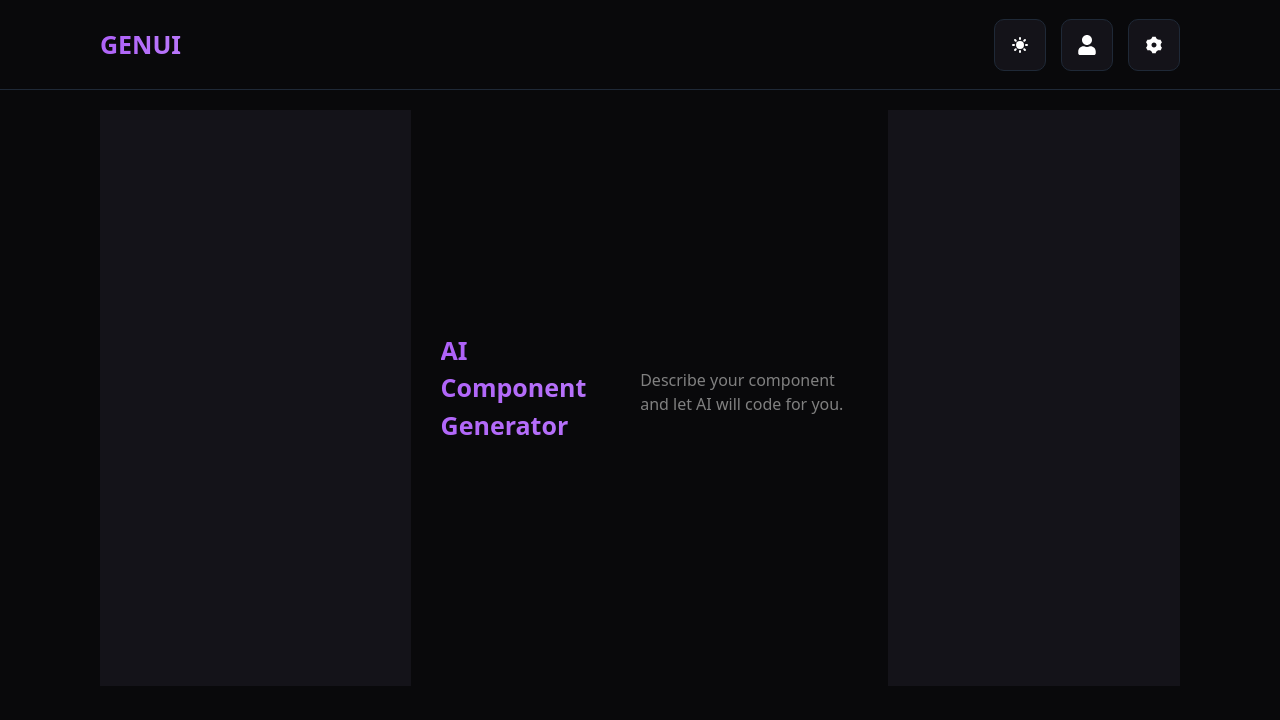
Repository: amanshukl6202/Ai-Component-Generator
Page: / (app in AI-Component-Generator-main/)
The author's editor kept a copy of each file at every save. The page is drawn from the files as they stood at one save, then again after the next save.
The browser window is 1280 px wide. The pictures show the whole page.
The project was rebuilt for these pictures with package versions that can differ from the ones it lists, and the page was loaded fresh each time. Also part of the build but not shown: AI-Component-Generator-main/vite.config.js, AI-Component-Generator-main/src/pages/NoPage.jsx.

Above is the page before, as saved 2026-05-17 18:21:43.

### AI-Component-Generator-main/index.html
<!doctype html>
<html lang="en">
  <head>
    <meta charset="UTF-8" />
    <link rel="icon" type="image/svg+xml" href="/favicon.svg" />
    <meta name="viewport" content="width=device-width, initial-scale=1.0" />
    <title>ai-com-gen</title>
  </head>
  <body>
    <div id="root"></div>
    <script type="module" src="/src/main.jsx"></script>
    <!--AQ.Ab8RN6JvwCF9H0WNWCAu-W9h9ZWkzJuv75UUKzmS1xKhwQ5p_w -->
  </body>
</html>

### AI-Component-Generator-main/src/main.jsx
import { StrictMode } from 'react'
import { createRoot } from 'react-dom/client'
import './index.css'
import App from './App.jsx'
import { ToastContainer } from 'react-toastify';
createRoot(document.getElementById('root')).render(
  <StrictMode>
    <App />
    <ToastContainer />
  </StrictMode>,
)

### AI-Component-Generator-main/src/App.jsx
import React from 'react'
import "./App.css"
import { BrowserRouter, Routes, Route } from 'react-router-dom'
import Home from './pages/Home'        // ← ADD THIS
import NoPage from './pages/NoPage'    // ← ADD THIS

const App = () => {
  return (
    <>
      <BrowserRouter>
        <Routes>
          <Route path="/" element={<Home />} />
          <Route path="*" element={<NoPage />} />
        </Routes>
      </BrowserRouter>
    </>
  )
}

export default App

### AI-Component-Generator-main/src/App.css
*{
  margin :0;
  padding:0;
}

body{
  margin :0;
  padding:0;
  box-sizing: border-box;
  overflow-x: hidden;
  background-color: var(--primary-bg);
  color:#fff;
}

html{
  overflow-y: hidden;
}

:root{
  --primary-bg: #09090B;
  --secondary-bg: #141319;
  --tertiary-bg: #17171C;

}

.sp-text{
   background: conic-gradient(at top, #c084fc, #a855f7);
  -webkit-background-clip: text;
  background-clip: text;
  color: transparent;
}

.icon{
  padding: 15px;
  font-size :20px;
  border-radius: 10px;
  border: 1px solid #1f2937;
  cursor: pointer;
  background-color: var(--secondary-bg);
}

### AI-Component-Generator-main/src/pages/Home.jsx
import React from 'react'
import Navbar from '../components/Navbar';


const Home = () => {
    return(
  <>
    <Navbar/>

    <div className="flex items-center px-[100px] justify-between gap-[30px]">
        <div className="left w-[50%] h-[80vh] bg-[#141319] mt-5 p-[20px]"></div>
        <h3 className='text-[25px] font-semibold sp-text'>AI Component Generator</h3>
        <p className='text-[gray] mt-2 text-[16px]'>Describe your component and let AI will code for you.</p>
        <div className="right w-[50%] h-[80vh] bg-[#141319] mt-5"></div>

    </div>
  </>
)
}


export default Home

### AI-Component-Generator-main/src/components/Navbar.jsx
import React from 'react'
import { HiSun } from 'react-icons/hi'
import { FaUser } from "react-icons/fa"
import { RiSettings3Fill  } from "react-icons/ri"

const Navbar = () => {
  return (
    <>
    <div className="nav flex items-center justify-between px-[100px] h-[90px] border-b-[1px] border-gray-800">
        <div className="logo">
            <h3 className='text-[25px] font-[700] sp-text'>GENUI</h3>
        </div>
        <div className= "icons flex items-center gap-[15px]">
             <div className= "icon "><HiSun /></div>
             <div className= "icon "><FaUser /></div>
             <div className= "icon "><RiSettings3Fill /></div>
        </div>
        </div>
    </>
  )
}

export default Navbar

Loaded but not shown: AI-Component-Generator-main/src/index.css (common file); AI-Component-Generator-main/tailwind.config.js (common file)

After the next save:
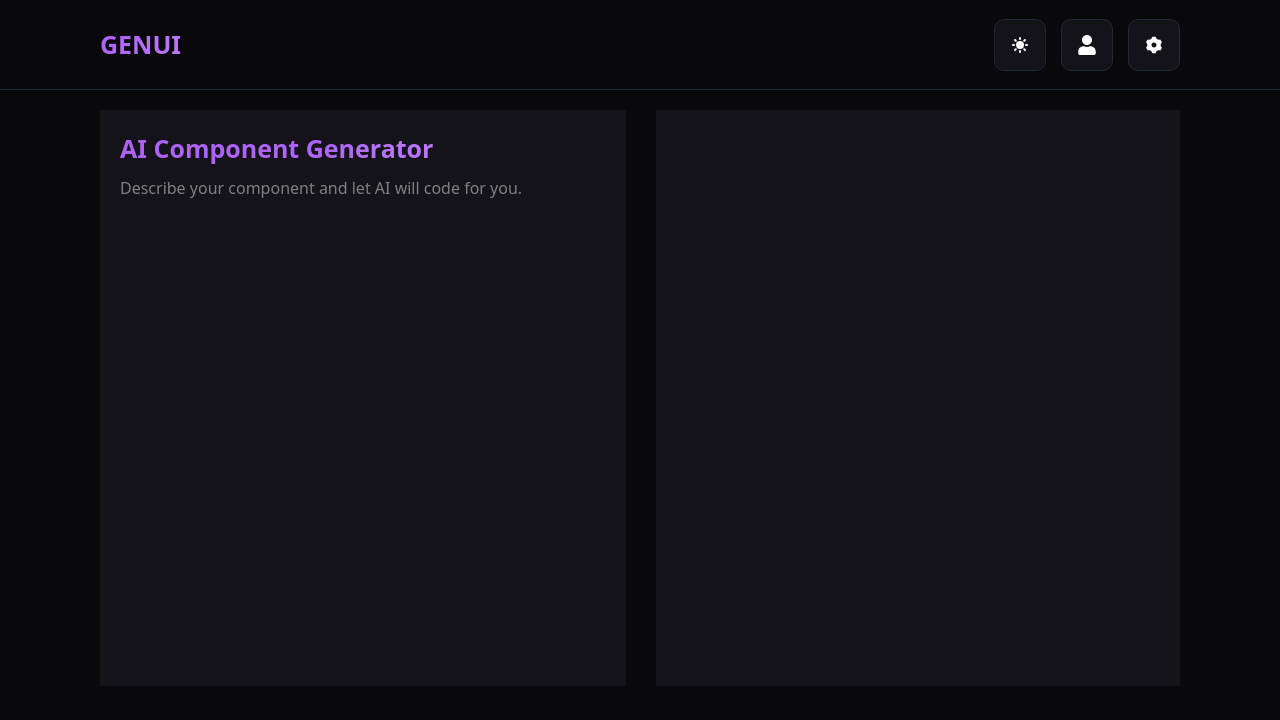
Saved 66 s later.
--- a/AI-Component-Generator-main/src/pages/Home.jsx
+++ b/AI-Component-Generator-main/src/pages/Home.jsx
@@ -8,11 +8,11 @@
     <Navbar/>
 
     <div className="flex items-center px-[100px] justify-between gap-[30px]">
-        <div className="left w-[50%] h-[80vh] bg-[#141319] mt-5 p-[20px]"></div>
+        <div className="left w-[50%] h-[80vh] bg-[#141319] mt-5 p-[20px]">
         <h3 className='text-[25px] font-semibold sp-text'>AI Component Generator</h3>
         <p className='text-[gray] mt-2 text-[16px]'>Describe your component and let AI will code for you.</p>
+        </div>
         <div className="right w-[50%] h-[80vh] bg-[#141319] mt-5"></div>
-
     </div>
   </>
 )
